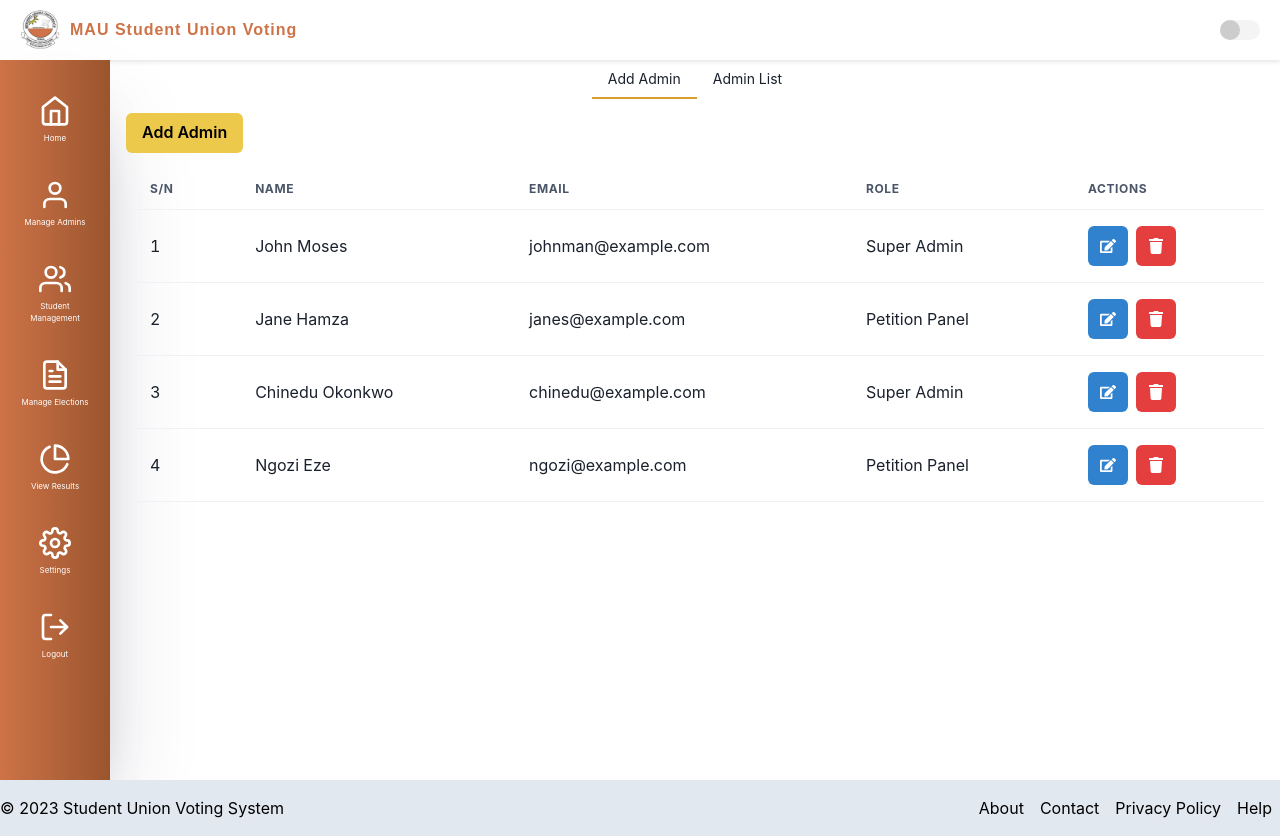
Repository: joena1o/e-vote
Page: /admin-dashboard/manage-admin
The author's editor kept a copy of each file at every save. The page is drawn from the files as they stood at one save, then again after the next save.
The browser window is 1280 px wide. The pictures show the whole page.
The project was rebuilt for these pictures with package versions that can differ from the ones it lists, and the page was loaded fresh each time. Also part of the build but not shown: src/components/EnhancedLogin.js, src/components/maincontent/RegisterStudents/ManageStudents.js, src/components/maincontent/RegisterStudents/RegisterStudents.js, src/components/maincontent/RegisterStudents/StudentManagement.js, src/components/maincontent/ElectionResults/ViewResults.js, src/components/maincontent/ElectionResults/report.js, src/components/maincontent/ElectionResults/ViewElectionResults.js, src/components/maincontent/Settings/Settings.js and 21 more.

Above is the page before, as saved 2023-12-14 16:58:33.

After the next save:
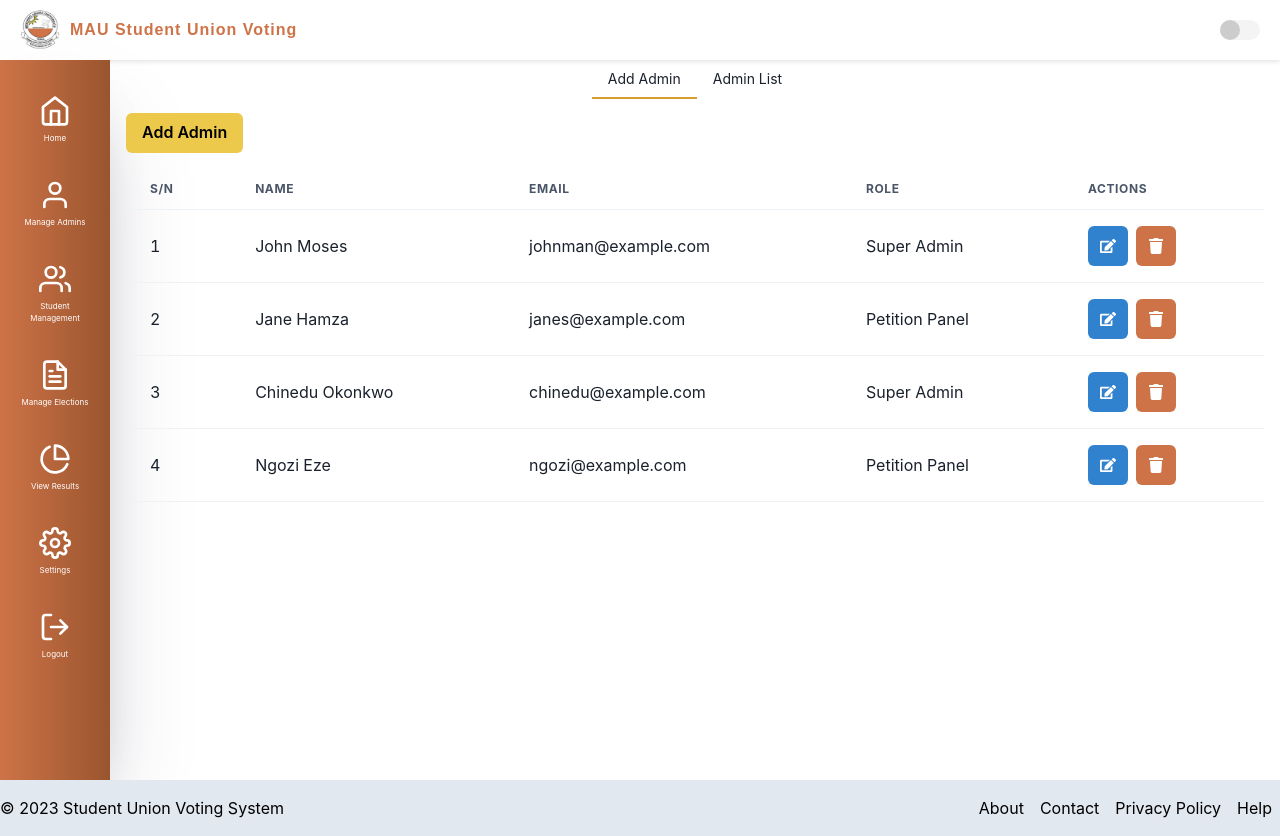
Saved 2 min 53 s later.
--- a/src/components/maincontent/ManageAdmins/AddAdmin.js
+++ b/src/components/maincontent/ManageAdmins/AddAdmin.js
@@ -205,6 +205,7 @@ const AddAdmin = () => {
                   colorScheme="red"
                   onClick={() => handleDeleteAdmin(index)}
                   aria-label="Delete"
+                  bg="#ce7348"
                 />
               </Td>
             </Tr>
